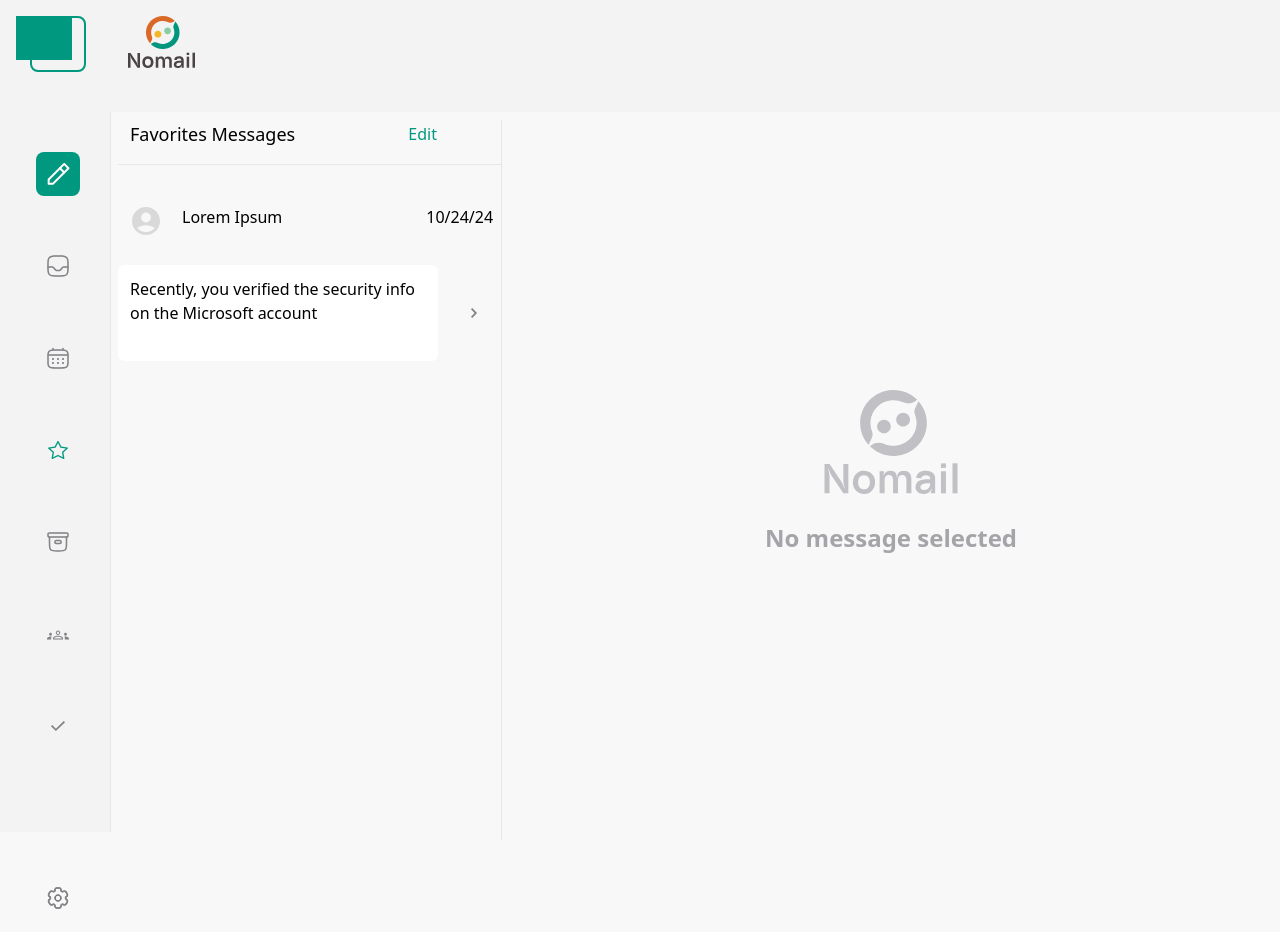
Repository: Tofigkh1/Nomail-App
Page: /favorites
These files come from the project's save history. The page is drawn as it stood at one moment and after a run of saves; the edit follows.
The browser window is 1280 px wide. The pictures show the whole page.
The project was rebuilt for these pictures with package versions that can differ from the ones it lists, and the page was loaded fresh each time. The framework's server and built-in components were replaced by stand-ins that run in the browser. Also part of the build but not shown: next.config.mjs, components/shared/svg/FavoritesSvg.jsx, components/shared/svg/calendarActiveSvg.jsx.

Above is the page before, as saved 2024-10-23 13:43:43.

After the next 3 saves:
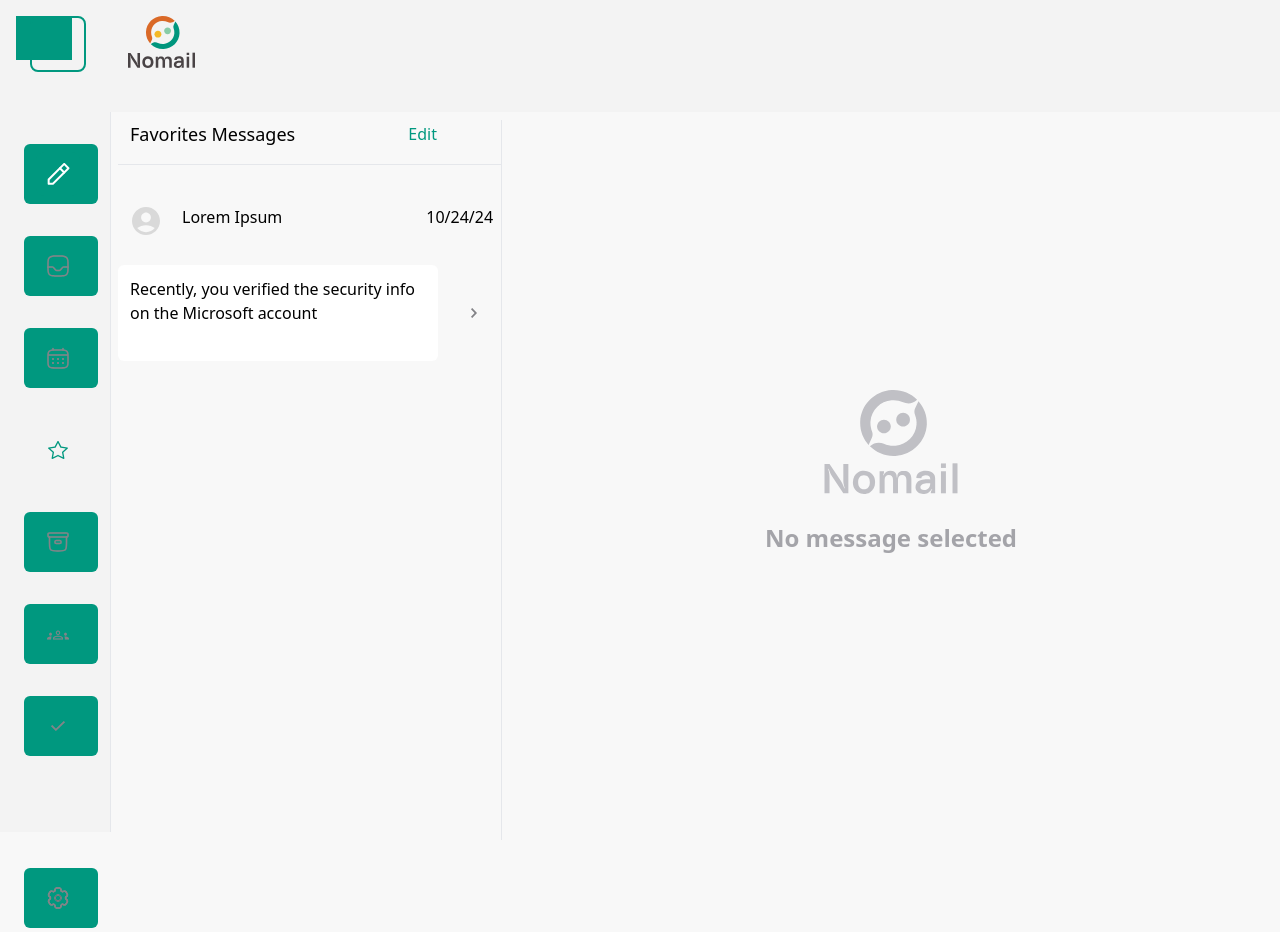
The 3 saves are shown as one change because they came seconds apart.
The last was saved 16 s later.
--- a/components/shared/client/SideBarMenu/sideBarMenu.tsx
+++ b/components/shared/client/SideBarMenu/sideBarMenu.tsx
@@ -46,7 +46,7 @@
                     ? "text-mainRedLight" // Active item style
                     : expanded // Eğer expanded true ise hover stilini ekle
                     ? "hover:bg-textColorGreen"
-                    : "" // Expanded değilse hover stili olmasın
+                    : "bg-textColorGreen" // Expanded değilse hover stili olmasın
                 }`}
         >
 
